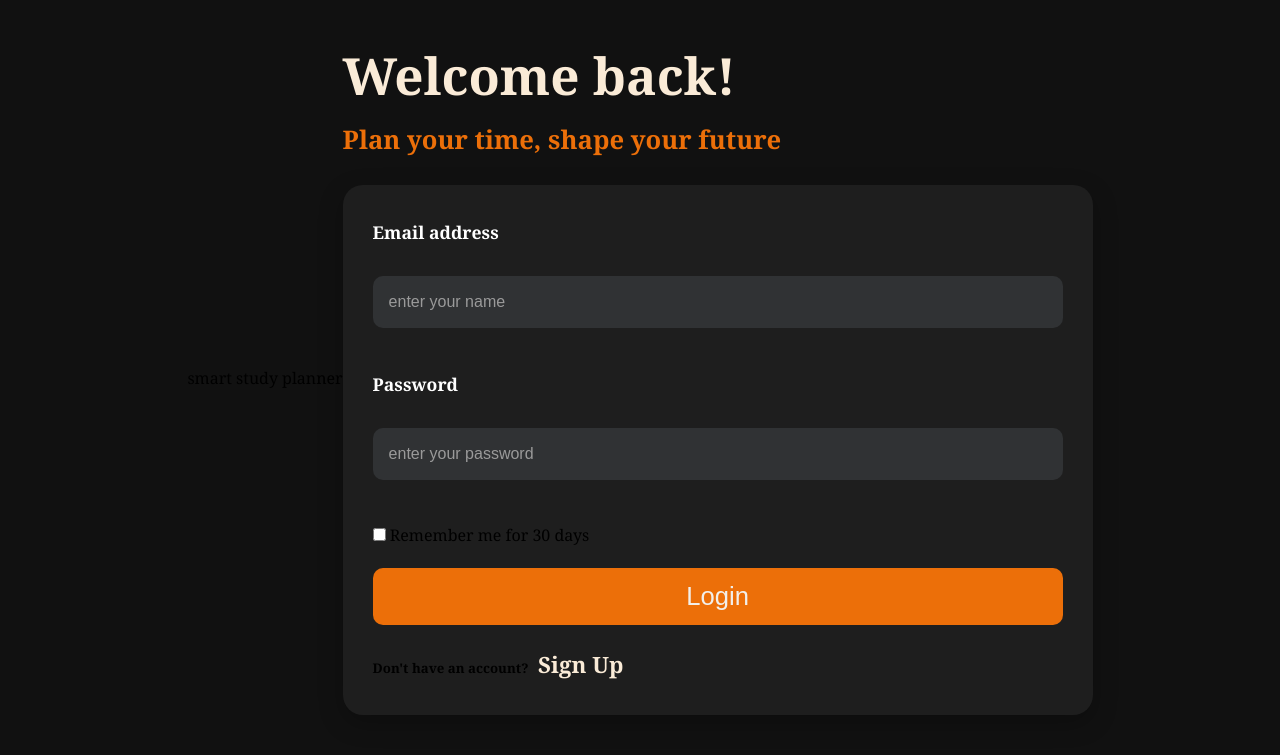
Repository: HaifaBaderBinDuhaim/web
Page: Frontend/logIn.html
An editor plug-in stored every save of this project. The page is shown before and after the next save, followed by the edit.
The browser window is 1280 px wide. The pictures show the whole page.

Above is the page before, as saved 2026-04-07 03:08:17.

After the next save:
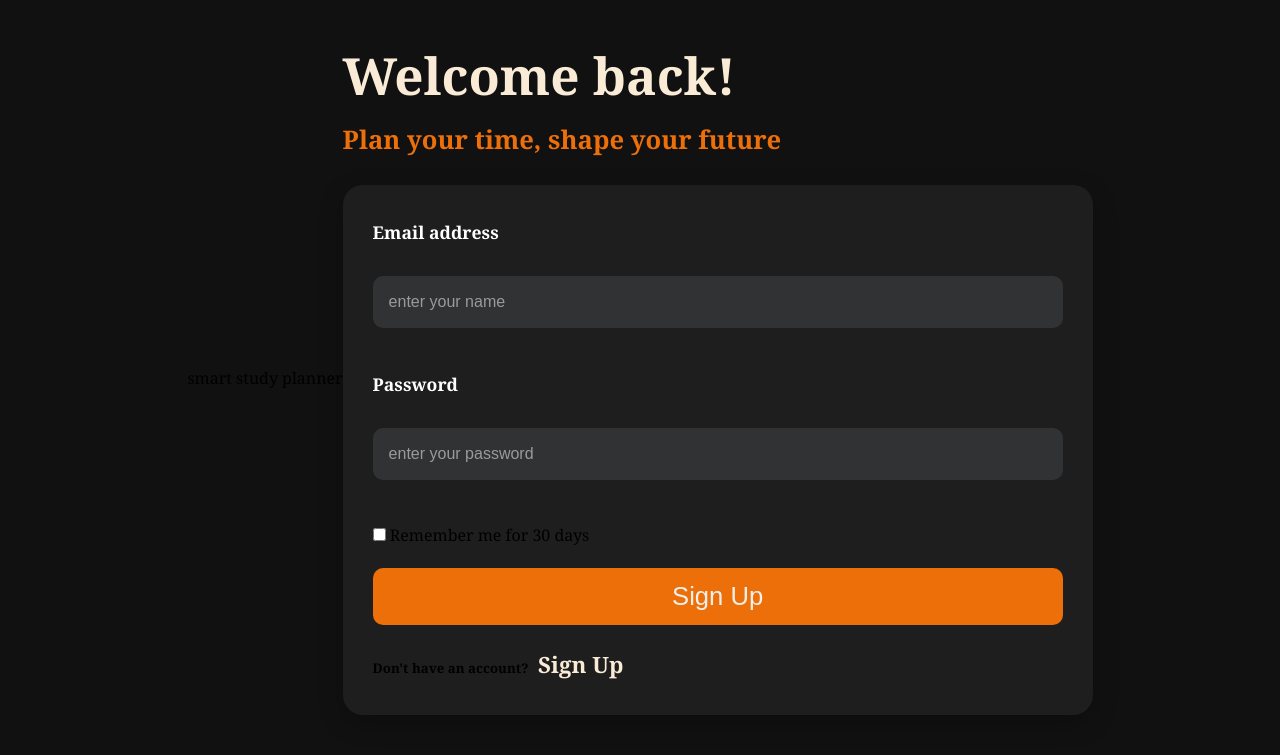
Saved 26 s later.
--- a/Frontend/logIn.html
+++ b/Frontend/logIn.html
@@ -69,7 +69,15 @@
           <input type="checkbox" id="reminder" />
           <lable for="reminder">Remember me for 30 days</lable><br />
           <br />
-          <button id="login" name="login" class="button">Login</button>
+          <button type="button" class="button" onclick="goToPage()">
+            Sign Up
+          </button>
+
+          <script>
+            function goToPage() {
+              window.location.href = "coursesStyle2.html";
+            }
+          </script>
         </form>
 
         <h5>
